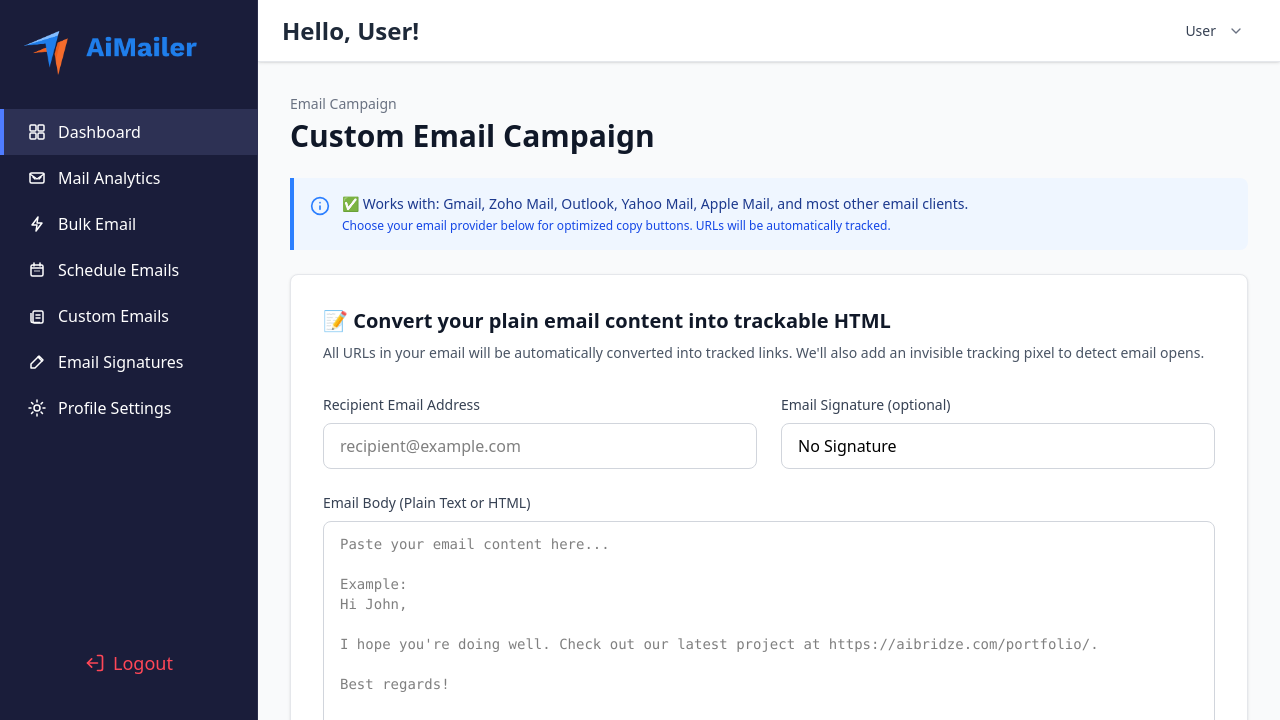
Repository: princesharma8630/AiEmailer-
Page: /custom-emails
These files come from the project's save history. The page is drawn as it stood at one moment and after a run of saves; the edit follows.
The browser window is 1280 px wide. The pictures show the whole page.
The page's requests for data from a server got no answer. An inner scrolling area shows only its first screen. The project was rebuilt for these pictures with package versions that can differ from the ones it lists, and the page was loaded fresh each time. No one was signed in, and anything a server would have sent is missing. Also part of the build but not shown: vite.config.ts, src/router/publicRouter.tsx, src/layouts/authLayout/authlayout.tsx, src/pages/signup/otppage.tsx, src/pages/login/resetpassword/ResetModule.tsx, src/pages/login/login.tsx, src/pages/signup/signup.tsx, src/component/dashbord/StatsCard.tsx and 26 more.

Above is the page before, as saved 2025-10-28 08:04:06.

### index.html
<!doctype html>
<html lang="en">
  <head>
    <meta charset="UTF-8" />
    <link rel="icon" type="image/png" href="/logo.png" />
    <meta name="viewport" content="width=device-width, initial-scale=1.0" />
    <title>AiMailer</title>
  </head>
  <body>
    <div id="root"></div>
    <script type="module" src="/src/main.tsx"></script>
  </body>
</html>

### src/main.tsx
import { StrictMode } from 'react'
import { createRoot } from 'react-dom/client'
import './index.css'
import App from './App.tsx'
import { Provider } from 'react-redux'
import store from './redux/store.ts'
import { BrowserRouter } from 'react-router-dom'

createRoot(document.getElementById('root')!).render(
  <StrictMode>
    <BrowserRouter>
     <Provider store={store}>
       <App />
    </Provider>
    </BrowserRouter>
  </StrictMode>,
)

### src/App.tsx


import './App.css';
import MainRouter from './router/mainRoputer';


function App() {
  return (
    <>
    <MainRouter/>
  </>)
}

export default App

### src/redux/store.ts
import { configureStore } from '@reduxjs/toolkit';
import authReducer from './slices/authSlices/authslice'; // ✅ make sure this path is correct
import dashboardReducer from './slices/dashboardslices/dashboardSlice';
import mailAnalytics from './slices/AnalysisSlice/mailAnalyticsSlice';
import  bulkEmailReducer  from './slices/bulkEmailSlice/bulkEmailSlice';
import scheduleEmailReducer from '../redux/slices/scheduleEmailSlice/scheduleEmailSlice';
import customEmailReducer from './slices/customEmailSlice/customEmailSlice'
export const store = configureStore({
  reducer: {
    auth: authReducer,
    dashboard:dashboardReducer,
    mailAnalytics:mailAnalytics,
    bulkEmailReducer: bulkEmailReducer,
    scheduleEmail: scheduleEmailReducer,
    customEmal: customEmailReducer,

  },
});

// ✅ Export types for use across your app
export type RootState = ReturnType<typeof store.getState>;
export type AppDispatch = typeof store.dispatch;

export default store;

### src/router/mainRoputer.tsx
import { Route, Routes } from "react-router-dom";
import RouterConstant from "../constants/routerConstant";
import PublicRouter from "./publicRouter";
import PrivateRouter from "./privateRouter";
import AuthLayout from "../layouts/authLayout/authlayout";
import MainLayout from "../layouts/mainlayout/mainlayout";
import OTPPage from "../pages/signup/otppage";
import LoginPage from "../pages/login/login";
import SignupPage from "../pages/signup/signup";
import Dashboard from "../pages/dashboard/dashboard";
import MailAnalytics from "../pages/mailAnalytics/mailAnalytics";
import HomePage from "../pages/home/home";
import BulkEmail from "../pages/bulkEmail/bulkEmail";
import ScheduleEmails from "../pages/scheduleEmails/ScheduleEmails";
import { CustomEmail } from "../pages/customEmail/customEmail";



function MainRouter() {
   return (
      <Routes>
         {/* Public Routes with AuthLayout */}
         <Route element={<PublicRouter/>}>
            <Route element={<AuthLayout/>}>
               <Route path="/" element={<HomePage/>}/>
               <Route path={RouterConstant.Home} element={<HomePage/>} />
               <Route path={RouterConstant.Login} element={<LoginPage/>} />
               <Route path={RouterConstant.SignUp} element={<SignupPage/>} />
               <Route path={RouterConstant.Otp} element={<OTPPage/>}/>
               <Route path={RouterConstant.Login} element={<LoginPage/>}/>
            </Route>
         </Route>

         {/* Private Routes with MainLayout */}
         <Route element={<PrivateRouter/>}>
            <Route element={<MainLayout/>}>
               <Route path={RouterConstant.Dashboard} element={<Dashboard/>} />
               <Route path={RouterConstant.MailAnalytices} element={<MailAnalytics/>} />
               <Route path={RouterConstant.BULK_EMAIL} element={<BulkEmail/>} />
               <Route path={RouterConstant.SCHEDULE_EMAILS} element={<ScheduleEmails/>} />
               <Route path={RouterConstant.CUSTOM_EMAILS} element={<CustomEmail/>} />
               <Route path="/email-signatures" element={<h1 className="p-6">Email Signatures Content</h1>} />
               <Route path="/profile-settings" element={<h1 className="p-6">Profile Settings Content</h1>} />
            </Route>
         </Route>
      </Routes>
   )
}

export default MainRouter;

### src/redux/slices/AnalysisSlice/mailAnalyticsSlice.ts
import { createSlice, createAsyncThunk, type PayloadAction } from '@reduxjs/toolkit';
import { mailAnalyticsService,type MailAnalyticsData } from '../../../services/mailAnalyticsServices';

interface MailAnalyticsState {
  analytics: MailAnalyticsData[];
  loading: boolean;
  error: string | null;
  searchQuery: string;
  currentPage: number;
  totalPages: number;
  total: number;
}

const initialState: MailAnalyticsState = {
  analytics: [],
  loading: false,
  error: null,
  searchQuery: '',
  currentPage: 1,
  totalPages: 1,
  total: 0,
};

// Async thunks
export const fetchMailAnalytics = createAsyncThunk(
  'mailAnalytics/fetchAll',
  async (params: { page?: number; limit?: number; search?: string }) => {
    const response = await mailAnalyticsService.getMailAnalytics(params);
    return response;
  }
);

export const fetchEmailAnalytics = createAsyncThunk(
  'mailAnalytics/fetchEmail',
  async (email: string) => {
    const response = await mailAnalyticsService.getEmailAnalytics(email);
    return response;
  }
);

const mailAnalyticsSlice = createSlice({
  name: 'mailAnalytics',
  initialState,
  reducers: {
    setSearchQuery: (state, action: PayloadAction<string>) => {
      state.searchQuery = action.payload;
    },
    setCurrentPage: (state, action: PayloadAction<number>) => {
      state.currentPage = action.payload;
    },
    clearError: (state) => {
      state.error = null;
    },
  },
  extraReducers: (builder) => {
    builder
      // Fetch all analytics
      .addCase(fetchMailAnalytics.pending, (state) => {
        state.loading = true;
        state.error = null;
      })
      .addCase(fetchMailAnalytics.fulfilled, (state, action) => {
        state.loading = false;
        state.analytics = action.payload.data;
        state.total = action.payload.total;
        state.totalPages = Math.ceil(action.payload.total / action.payload.limit);
      })
      .addCase(fetchMailAnalytics.rejected, (state, action) => {
        state.loading = false;
        state.error = action.error.message || 'Failed to fetch analytics';
      })
      // Fetch single email analytics
      .addCase(fetchEmailAnalytics.pending, (state) => {
        state.loading = true;
        state.error = null;
      })
      .addCase(fetchEmailAnalytics.fulfilled, (state) => {
        state.loading = false;
      })
      .addCase(fetchEmailAnalytics.rejected, (state, action) => {
        state.loading = false;
        state.error = action.error.message || 'Failed to fetch email analytics';
      });
  },
});

export const { setSearchQuery, setCurrentPage, clearError } = mailAnalyticsSlice.actions;
export default mailAnalyticsSlice.reducer;

### src/constants/routerConstant.tsx

const RouterConstant={
    Login:"/login",
    Dashboard:"/dashboard",
    Home:"/home",
    SignUp:'signup',
    Otp:"/otp",
    PasswordPage:"/passwordpage",
    MailAnalytices:"/mailAnalytices",


   //Bulk Email Routes
  BULK_EMAIL: '/bulk-email',
  SCHEDULE_EMAILS: '/schedule-emails',
  CUSTOM_EMAILS: '/custom-emails',
  EMAIL_SIGNATURES: '/email-signatures',
  PROFILE_SETTINGS: '/profile-settings',
  CAMPAIGN_DETAIL: '/campaign/:campaignId',
  CAMPAIGN_TRACKING: '/campaign/:campaignId/tracking',

}
export default RouterConstant;

### src/router/privateRouter.tsx
import React from "react";
import { Navigate, Outlet } from "react-router-dom";
import { useSelector } from "react-redux";
import type { RootState } from "../redux/store";
import RouterConstant from "../constants/routerConstant";

const PrivateRouter: React.FC = () => {
  const { isLoggedIn, isInitialized } = useSelector((state: RootState) => state.auth);
  const token = localStorage.getItem('token');

  // Show loading while checking auth status
  if (!isInitialized ) {
    return (
      <Outlet/>
    );
  }

  // Check both Redux state and localStorage token
  if (!isLoggedIn || !token || false) {
    return <Navigate to={RouterConstant.Login} replace />;
  }

  return <Outlet />;
};

export default PrivateRouter;

### src/layouts/mainlayout/mainlayout.tsx
import { useState } from 'react';
import { Outlet } from 'react-router-dom';
import Sidebar from '../../component/sidebar/sidebar';
import Topbar from '../../component/topbar/topbar';

const MainLayout = () => {
  const [isMobileSidebarOpen, setIsMobileSidebarOpen] = useState(false);
  const [activeItem, setActiveItem] = useState('Dashboard');

  return (
    <div className="flex h-screen overflow-hidden bg-gray-50">
      {/* Sidebar Component */}
      <Sidebar
        isOpen={isMobileSidebarOpen}
        onClose={() => setIsMobileSidebarOpen(false)}
        activeItem={activeItem}
        setActiveItem={setActiveItem}
      />

      {/* Main Content Area */}
      <div className="flex-1 flex flex-col overflow-hidden">
        {/* Topbar Component - Only needs onMenuClick prop */}
        <Topbar onMenuClick={() => setIsMobileSidebarOpen(true)} />

        {/* Main Content - This is where your pages will render */}
        <main className="flex-1 overflow-y-auto overflow-x-hidden max-w-[1120px]">
          <Outlet />
        </main>
      </div>
    </div>
  );
};

export default MainLayout;

### src/services/mailAnalyticsServices/index.ts
import axios from 'axios';
import { mockMailAnalyticsService } from './mock';

const API_BASE_URL = import.meta.env.VITE_API_BASE_URL || 'http://localhost:3000/api';

export interface MailAnalyticsData {
  recipientEmail: string;
  totalOpens: number;
  totalClicks: number;
  lastActivity: string;
}

export interface MailAnalyticsResponse {
  data: MailAnalyticsData[];
  total: number;
  page: number;
  limit: number;
}

// Toggle between mock and real API
const USE_MOCK = true; // Set to false when real API is ready

// Real API service
const realApiService = {
  // Get all mail analytics
  getMailAnalytics: async (params?: {
    page?: number;
    limit?: number;
    search?: string;
  }): Promise<MailAnalyticsResponse> => {
    try {
      const response = await axios.get(`${API_BASE_URL}/mail-analytics`, {
        params,
        headers: {
          Authorization: `Bearer ${localStorage.getItem('token')}`,
        },
      });
      return response.data;
    } catch (error) {
      throw error;
    }
  },

  // Get analytics for specific email
  getEmailAnalytics: async (email: string) => {
    try {
      const response = await axios.get(
        `${API_BASE_URL}/mail-analytics/${email}`,
        {
          headers: {
            Authorization: `Bearer ${localStorage.getItem('token')}`,
          },
        }
      );
      return response.data;
    } catch (error) {
      throw error;
    }
  },
};

// Export based on USE_MOCK flag
export const mailAnalyticsService = USE_MOCK ? mockMailAnalyticsService : realApiService;

### src/services/customEmailService/index.ts

import type { TrackingContent, EmailSignature } from '../../type/customEmail.type';
import { TrackingGenerator } from './trackingGenerator';
import { EmailValidator } from './emailValidator';
import { EMAIL_SIGNATURES_DATA } from '../../constants/emailSignatures.constants';

export class CustomEmailService {
  // Get all signatures
  static async fetchSignatures(): Promise<EmailSignature[]> {
    return new Promise((resolve) => {
      setTimeout(() => {
        resolve(EMAIL_SIGNATURES_DATA);
      }, 300);
    });
  }

  // Generate trackable email content
  static async generateTrackingContent(
    recipientEmail: string,
    emailBody: string,
    signatureId: string | null,
    signatures: EmailSignature[]
  ): Promise<TrackingContent> {
    return new Promise((resolve, reject) => {
      // Validate form
      const validation = EmailValidator.validateEmailForm(recipientEmail, emailBody);

      if (!validation.isValid) {
        reject(new Error(validation.errors.join(', ')));
        return;
      }

      setTimeout(() => {
        // Get signature content
        const signatureContent = signatureId
          ? signatures.find(s => s.id === signatureId)?.content || ''
          : '';

        // Generate tracked HTML
        const { trackingId, html, linksCount } = TrackingGenerator.generateTrackedHtml(
          emailBody,
          recipientEmail,
          signatureContent
        );

        const trackingContent: TrackingContent = {
          trackingId,
          trackedHtml: html,
          originalLinksCount: linksCount,
          generatedAt: new Date().toISOString()
        };

        resolve(trackingContent);
      }, 1000);
    });
  }

  // Save tracking info to backend (mock)
  static async saveTrackingInfo(
    trackingId: string,
    recipientEmail: string,
    senderEmail: string
  ): Promise<void> {
    return new Promise((resolve) => {
      setTimeout(() => {
        console.log('Tracking info saved:', {
          trackingId,
          recipientEmail,
          senderEmail,
          timestamp: new Date().toISOString()
        });
        resolve();
      }, 200);
    });
  }
}

export { EmailValidator, TrackingGenerator };

### src/component/customEmail/EmailFormSection.tsx

import React from 'react';

interface EmailFormSectionProps {
  recipientEmail: string;
  onRecipientChange: (email: string) => void;
  signatureId: string | null;
  onSignatureChange: (id: string | null) => void;
  signatures: Array<{ id: string; name: string }>;
}

export const EmailFormSection: React.FC<EmailFormSectionProps> = ({
  recipientEmail,
  onRecipientChange,
  signatureId,
  onSignatureChange,
  signatures
}) => {
  return (
    <div className="grid grid-cols-2 gap-6 mb-6">
      <div>
        <label className="block text-sm font-medium text-gray-700 mb-2">
          Recipient Email Address
        </label>
        <input
          type="email"
          placeholder="recipient@example.com"
          value={recipientEmail}
          onChange={(e) => onRecipientChange(e.target.value)}
          className="w-full px-4 py-2.5 border border-gray-300 rounded-lg focus:ring-2 focus:ring-blue-500 focus:border-transparent outline-none transition"
        />
      </div>

      <div>
        <label className="block text-sm font-medium text-gray-700 mb-2">
          Email Signature (optional)
        </label>
        <select
          value={signatureId || ''}
          onChange={(e) => onSignatureChange(e.target.value || null)}
          className="w-full px-4 py-2.5 border border-gray-300 rounded-lg focus:ring-2 focus:ring-blue-500 focus:border-transparent outline-none transition appearance-none bg-white cursor-pointer"
        >
          <option value="">No Signature</option>
          {signatures.map(sig => (
            <option key={sig.id} value={sig.id}>{sig.name}</option>
          ))}
        </select>
      </div>
    </div>
  );
};

### src/component/customEmail/EmailBodyEditor.tsx

import React from 'react';

interface EmailBodyEditorProps {
  emailBody: string;
  onBodyChange: (body: string) => void;
}

export const EmailBodyEditor: React.FC<EmailBodyEditorProps> = ({
  emailBody,
  onBodyChange
}) => {
  return (
    <div className="mb-6">
      <label className="block text-sm font-medium text-gray-700 mb-2">
        Email Body (Plain Text or HTML)
      </label>
      <textarea
        placeholder="Paste your email content here...

Example:
Hi John,

I hope you're doing well. Check out our latest project at https://aibridze.com/portfolio/.

Best regards!"
        value={emailBody}
        onChange={(e) => onBodyChange(e.target.value)}
        rows={12}
        className="w-full px-4 py-3 border border-gray-300 rounded-lg focus:ring-2 focus:ring-blue-500 focus:border-transparent outline-none resize-vertical transition font-mono text-sm"
      />
      <p className="mt-2 text-xs text-gray-500">
        💡 Tip: URLs will be automatically converted to trackable links
      </p>
    </div>
  );
};

### src/services/mailAnalyticsServices/mock.ts
import type { MailAnalyticsResponse } from './index';

const mockData = [
  {
    recipientEmail: 'phoenix.project@randommail.com',
    totalOpens: 25,
    totalClicks: 25,
    lastActivity: '2025-08-10T14:32:11Z',
  },
  {
    recipientEmail: 'nebula.operation@randommail.com',
    totalOpens: 30,
    totalClicks: 30,
    lastActivity: '2025-08-10T09:45:27Z',
  },
  {
    recipientEmail: 'horizon.initiative@randommail.com',
    totalOpens: 45,
    totalClicks: 45,
    lastActivity: '2025-08-10T18:20:55Z',
  },
  {
    recipientEmail: 'atlas.venture@randommail.com',
    totalOpens: 28,
    totalClicks: 28,
    lastActivity: '2025-08-10T11:05:38Z',
  },
  {
    recipientEmail: 'echo.mission@randommail.com',
    totalOpens: 50,
    totalClicks: 50,
    lastActivity: '2025-08-10T22:15:49Z',
  },
  {
    recipientEmail: 'quantum.task@randommail.com',
    totalOpens: 35,
    totalClicks: 35,
    lastActivity: '2025-08-10T03:50:12Z',
  },
  {
    recipientEmail: 'odyssey.program@randommail.com',
    totalOpens: 60,
    totalClicks: 60,
    lastActivity: '2025-08-10T17:30:04Z',
  },
  {
    recipientEmail: 'apex.strategy@randommail.com',
    totalOpens: 70,
    totalClicks: 70,
    lastActivity: '2025-08-10T12:00:00Z',
  },
];

export const mockMailAnalyticsService = {
  getMailAnalytics: async (params?: {
    page?: number;
    limit?: number;
    search?: string;
  }): Promise<MailAnalyticsResponse> => {
    return new Promise((resolve) => {
      setTimeout(() => {
        const page = params?.page || 1;
        const limit = params?.limit || 10;
        const search = params?.search?.toLowerCase() || '';

        // Filter by search
        let filteredData = mockData;
        if (search) {
          filteredData = mockData.filter((item) =>
            item.recipientEmail.toLowerCase().includes(search)
          );
        }

        // Paginate
        const startIndex = (page - 1) * limit;
        const endIndex = startIndex + limit;
        const paginatedData = filteredData.slice(startIndex, endIndex);

        resolve({
          data: paginatedData,
          total: filteredData.length,
          page: page,
          limit: limit,
        });
      }, 500); // Simulate network delay
    });
  },

  getEmailAnalytics: async (email: string) => {
    return new Promise((resolve) => {
      setTimeout(() => {
        const emailData = mockData.find((item) => item.recipientEmail === email);
        resolve(emailData);
      }, 300);
    });
  },
};

### src/services/customEmailService/emailValidator.ts

export class EmailValidator {
  static isValidEmail(email: string): boolean {
    const emailRegex = /^[^\s@]+@[^\s@]+\.[^\s@]+$/;
    return emailRegex.test(email);
  }

  static validateEmailForm(recipientEmail: string, emailBody: string): {
    isValid: boolean;
    errors: string[];
  } {
    const errors: string[] = [];

    if (!recipientEmail.trim()) {
      errors.push('Recipient email is required');
    } else if (!this.isValidEmail(recipientEmail)) {
      errors.push('Please enter a valid email address');
    }

    if (!emailBody.trim()) {
      errors.push('Email body is required');
    } else if (emailBody.trim().length < 10) {
      errors.push('Email body must be at least 10 characters');
    }

    return {
      isValid: errors.length === 0,
      errors
    };
  }
}

### src/services/bulkEmailService/mailValidator.ts
// services/bulkEmailServices/emailValidator.ts

export class EmailValidator {

  static isValidEmail(email: string): boolean {
    const emailRegex = /^[^\s@]+@[^\s@]+\.[^\s@]+$/;
    return emailRegex.test(email);
  }

  static isDisposableEmail(email: string): boolean {
    const disposableDomains = [
      'tempmail.com',
      '10minutemail.com',
      'guerrillamail.com',
      'mailinator.com',
      // Add more...
    ];

    const domain = email.split('@')[1]?.toLowerCase();
    return disposableDomains.includes(domain);
  }

  static validateBulk(emails: string[]): {
    valid: string[];
    invalid: string[];
    duplicates: string[];
  } {
    const valid: string[] = [];
    const invalid: string[] = [];
    const seen = new Set<string>();
    const duplicates: string[] = [];

    for (const email of emails) {
      const trimmedEmail = email.trim().toLowerCase();

      if (!this.isValidEmail(trimmedEmail)) {
        invalid.push(email);
        continue;
      }

      if (seen.has(trimmedEmail)) {
        duplicates.push(email);
        continue;
      }

      seen.add(trimmedEmail);
      valid.push(trimmedEmail);
    }

    return { valid, invalid, duplicates };
  }
}

Loaded but not shown: src/App.css (common file); src/redux/slices/authSlices/authslice.ts (291 lines, source omitted); src/redux/slices/bulkEmailSlice/bulkEmailSlice.ts (298 lines, source omitted); src/redux/slices/dashboardslices/dashboardSlice.ts (256 lines, source omitted); src/component/sidebar/sidebar.tsx (186 lines, source omitted); src/pages/customEmail/customEmail.tsx (209 lines, source omitted); src/services/dashboardServices/dashboardService.ts (279 lines, source omitted); src/services/authServices/index.ts (259 lines, source omitted); src/redux/slices/scheduleEmailSlice/scheduleEmailSlice.ts (225 lines, source omitted); src/services/bulkEmailService/index.ts (169 lines, source omitted); src/component/topbar/topbar.tsx (107 lines, source omitted); src/redux/slices/customEmailSlice/customEmailSlice.ts (109 lines, source omitted); src/services/bulkEmailService/csvParser.ts (130 lines, source omitted); src/services/scheduleEmail.types/index.ts (122 lines, source omitted); src/index.css (no stored copy; drawn as an empty file)

After the next 2 saves:
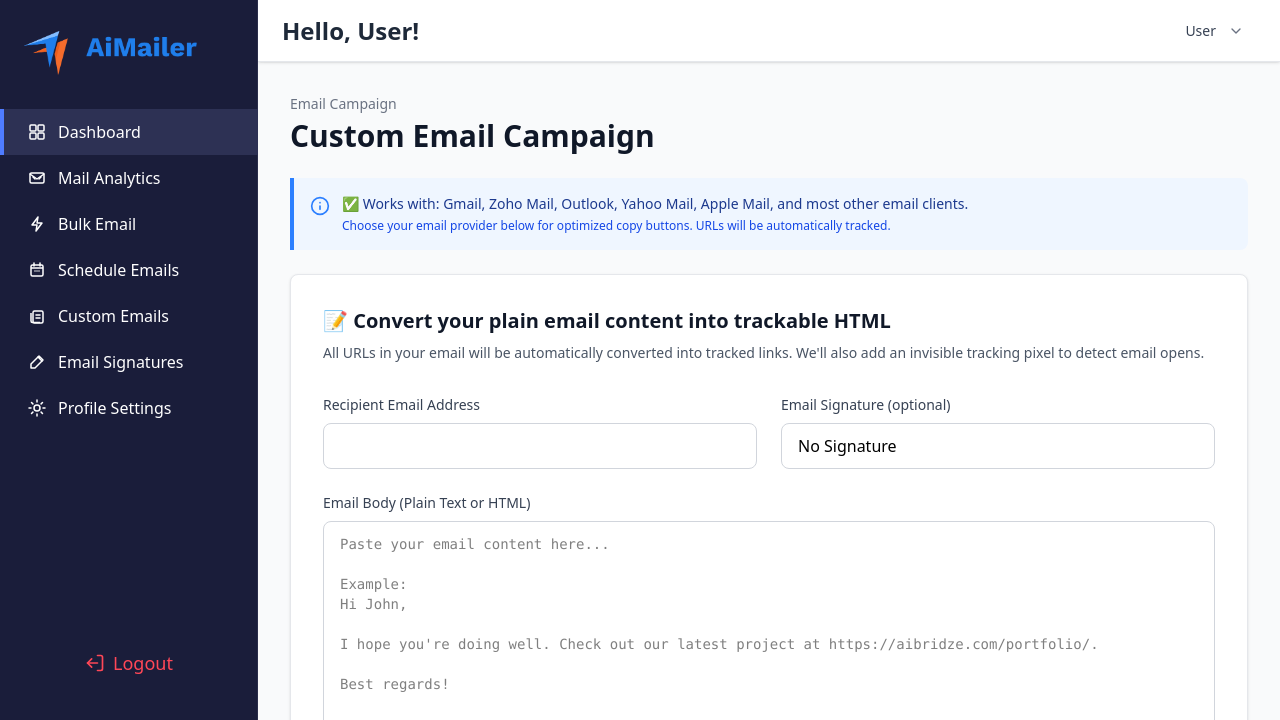
The 2 saves are shown as one change because they came seconds apart.
The last was saved 2 min 50 s later.
--- a/src/component/customEmail/EmailFormSection.tsx
+++ b/src/component/customEmail/EmailFormSection.tsx
@@ -24,7 +24,6 @@ export const EmailFormSection: React.FC<EmailFormSectionProps> = ({
         </label>
         <input
           type="email"
-          placeholder="recipient@example.com"
           value={recipientEmail}
           onChange={(e) => onRecipientChange(e.target.value)}
           className="w-full px-4 py-2.5 border border-gray-300 rounded-lg focus:ring-2 focus:ring-blue-500 focus:border-transparent outline-none transition"
